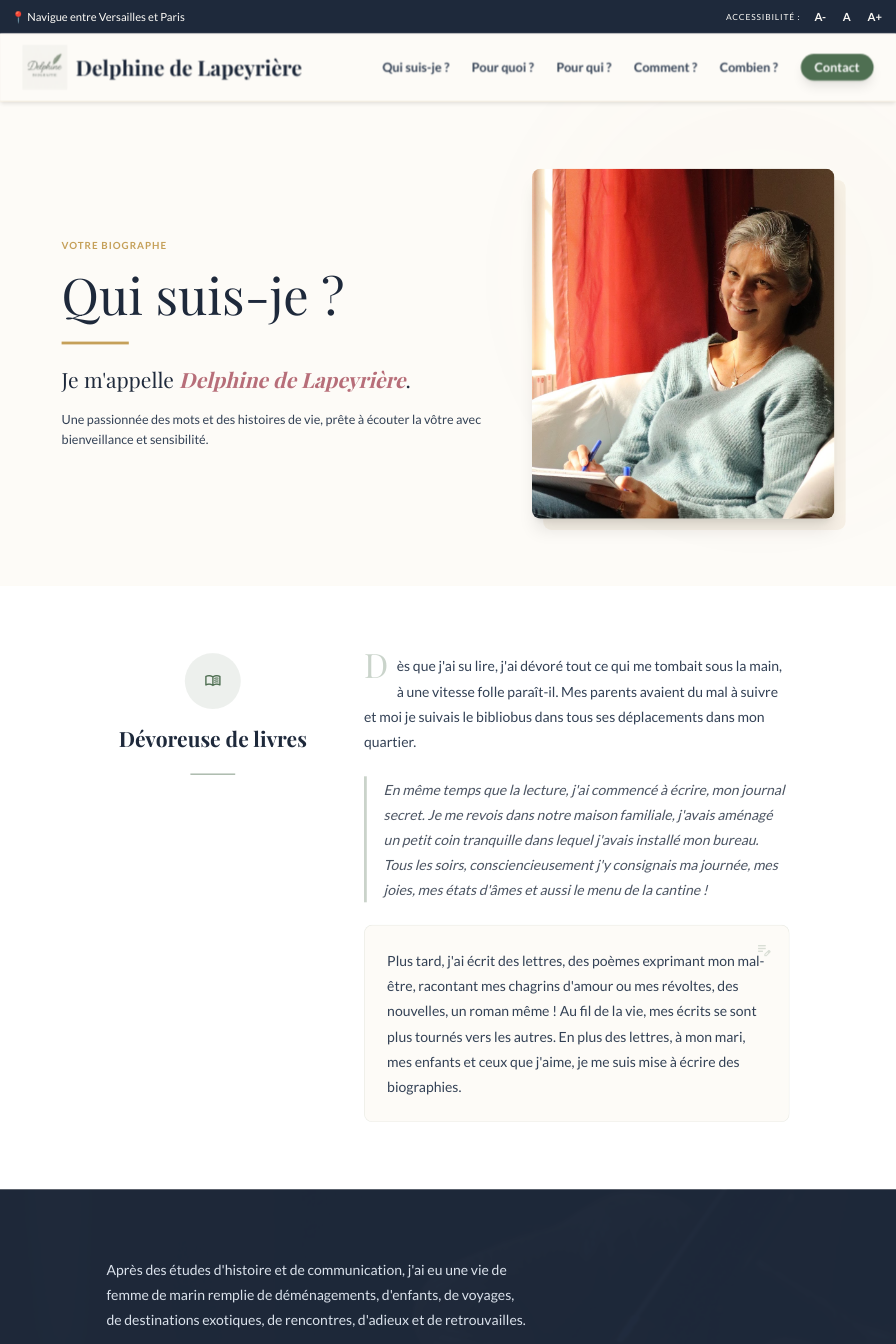
Repository: louisbdc/delphine-biographe
Page: /qui-suis-je
The author's editor kept a copy of each file at every save. The page is drawn from the files as they stood at one save, then again after the next save.
The browser window is 1280 px wide. The pictures show the part of the page from y = 0 to 1920 px (the page is 4700 px tall before and 5036 px after), at 70% of full size.
Some web fonts or font styles are not loaded; a fallback is used. The project was rebuilt for these pictures with package versions that can differ from the ones it lists, and the page was loaded fresh each time. The framework's server and built-in components were replaced by stand-ins that run in the browser. Also part of the build but not shown: next.config.js.

Above is the page before, as saved 2026-01-07 16:52:38.

### app/layout.tsx
import type { Metadata } from "next";
import "./globals.css";
import AccessibilityControls from "@/components/AccessibilityControls";
import Footer from "@/components/Footer";

export const metadata: Metadata = {
  title: "Delphine de Lapeyrière | Biographe Familiale",
  description: "Biographe familiale, j'écris le livre de votre vie",
  icons: {
    icon: "/logo.png",
  },
};

export default function RootLayout({
  children,
}: Readonly<{
  children: React.ReactNode;
}>) {
  return (
    <html lang="fr" className="scroll-smooth">
      <head>
        {/* Google Fonts: Playfair Display (Serif) & Lato (Sans) */}
        <link rel="preconnect" href="https://fonts.googleapis.com" />
        <link rel="preconnect" href="https://fonts.gstatic.com" crossOrigin="anonymous" />
        <link
          href="https://fonts.googleapis.com/css2?family=Lato:wght@400;700&family=Playfair+Display:ital,wght@0,400;0,700;1,400&display=swap"
          rel="stylesheet"
        />
        {/* Material Symbols for Icons */}
        <link
          rel="stylesheet"
          href="https://fonts.googleapis.com/css2?family=Material+Symbols+Outlined:opsz,wght,FILL,GRAD@24,400,0,0"
        />
      </head>
      <body
        className="font-sans antialiased text-navy overflow-x-hidden flex flex-col min-h-screen"
      >
        {/* Accessibility & Top Bar */}
        <div className="bg-navy text-cream py-2 px-4 flex justify-between items-center text-sm md:text-base">
          <span className="hidden md:inline">📍 Navigue entre Versailles et Paris</span>
          <AccessibilityControls />
        </div>
        <main className="flex-1">
          {children}
        </main>
        <Footer />
      </body>
    </html>
  );
}

### app/qui-suis-je/page.tsx
import Navigation from "@/components/Navigation";
import Image from "next/image";

export default function QuiSuisJe() {
  return (
    <>
      <Navigation />

      {/* Hero Section : Portrait Élégant */}
      <section className="relative py-24 bg-[#FDFBF7] overflow-hidden">
         {/* Décoration d'arrière-plan */}
         <div className="absolute top-0 right-0 w-full h-full opacity-10 pointer-events-none">
            <div className="absolute right-[-10%] top-[-10%] w-[50vw] h-[50vw] bg-gold/20 rounded-full blur-[100px]"></div>
         </div>

        <div className="container mx-auto px-6 max-w-6xl relative z-10">
          <div className="grid md:grid-cols-12 gap-12 items-center">
            {/* Colonne Texte (7 cols) */}
            <div className="md:col-span-7 order-2 md:order-1">
               <span className="text-gold font-bold tracking-widest uppercase text-sm mb-6 block fade-in">
                Votre Biographe
              </span>
              <h1 className="text-5xl md:text-7xl font-serif text-navy mb-8 leading-tight fade-in">
                Qui suis-je ?
              </h1>
              <div className="w-24 h-1 bg-gold mb-8"></div>
              <p className="text-2xl md:text-3xl font-serif text-navy mb-6 font-light">
                Je m'appelle <span className="font-bold text-old-rose italic">Delphine de Lapeyrière</span>.
              </p>
              <p className="text-lg text-navy-light leading-relaxed max-w-2xl">
                 Une passionnée des mots et des histoires de vie, prête à écouter la vôtre avec bienveillance et sensibilité.
              </p>
            </div>

            {/* Colonne Image (5 cols) - Style Album photo unifié */}
            <div className="md:col-span-5 order-1 md:order-2 relative">
              <div className="absolute inset-0 bg-gold/10 transform translate-x-4 translate-y-4 rounded-xl z-0"></div>
              <div className="relative z-10 h-[500px] w-full rounded-xl overflow-hidden shadow-xl">
                <Image
                  src="/Delphine.jpg"
                  alt="Delphine de Lapeyrière - Biographe familiale"
                  fill
                  className="object-cover object-left"
                  style={{ objectPosition: 'right 25%' }}
                  priority
                />
              </div>
            </div>
          </div>
        </div>
      </section>

      {/* Chapitre 1 : Dévoreuse de livres (Fond Blanc) */}
      <section className="py-24 bg-white">
        <div className="container mx-auto px-6 max-w-5xl">
          <div className="flex flex-col md:flex-row gap-16 items-start">

             {/* Colonne Visuelle "Chapitre" */}
             <div className="md:w-1/3 flex flex-col items-center text-center md:sticky md:top-32">
                <div className="w-20 h-20 bg-sage/10 rounded-full flex items-center justify-center mb-6 text-sage">
                    <span className="material-symbols-outlined text-4xl">menu_book</span>
                </div>
                <h2 className="text-3xl font-serif font-bold text-navy mb-4">Dévoreuse de livres</h2>
                {/* Séparateur signature */}
                <div className="w-16 h-0.5 bg-sage/50 my-4"></div>
             </div>

             {/* Colonne Récit */}
             <div className="md:w-2/3 space-y-8 text-lg text-navy-light leading-relaxed">
                <p>
                  <span className="text-5xl float-left mr-3 mt-[-8px] font-serif text-sage/30">D</span>
                  ès que j'ai su lire, j'ai dévoré tout ce qui me tombait sous la main, à une vitesse folle paraît-il. Mes parents avaient du mal à suivre et moi je suivais le bibliobus dans tous ses déplacements dans mon quartier.
                </p>

                <div className="pl-6 border-l-4 border-sage/30 italic text-navy/80 my-8">
                  <p className="mb-4">
                    En même temps que la lecture, j'ai commencé à écrire, mon journal secret. Je me revois dans notre maison familiale, j'avais aménagé un petit coin tranquille dans lequel j'avais installé mon bureau. Tous les soirs, consciencieusement j'y consignais ma journée, mes joies, mes états d'âmes et aussi le menu de la cantine !
                  </p>
                </div>

                <div className="bg-[#FDFBF7] p-8 rounded-xl border border-sage/10 relative">
                   <span className="material-symbols-outlined text-sage absolute top-6 right-6 text-2xl opacity-20">edit_note</span>
                   <p>
                     Plus tard, j'ai écrit des lettres, des poèmes exprimant mon mal-être, racontant mes chagrins d'amour ou mes révoltes, des nouvelles, un roman même ! Au fil de la vie, mes écrits se sont plus tournés vers les autres. En plus des lettres, à mon mari, mes enfants et ceux que j'aime, je me suis mise à écrire des biographies.
                   </p>
                </div>
             </div>
          </div>
        </div>
      </section>

      {/* Chapitre 2 : Femme de marin (Fond Navy Inversé pour le contraste ou Crème foncé) */}
      <section className="py-24 bg-navy text-cream relative overflow-hidden">
         <div className="absolute inset-0 opacity-5 bg-[url('/background.png')] bg-cover bg-center mix-blend-overlay"></div>

        <div className="container mx-auto px-6 max-w-5xl relative z-10">
          <div className="flex flex-col md:flex-row-reverse gap-16 items-start">

             {/* Colonne Visuelle "Chapitre" */}
             <div className="md:w-1/3 flex flex-col items-center text-center md:sticky md:top-32">
                <div className="w-20 h-20 bg-white/10 rounded-full flex items-center justify-center mb-6 text-gold border border-white/20">
                    <span className="material-symbols-outlined text-4xl">public</span>
                </div>
                <h2 className="text-3xl font-serif font-bold text-white mb-4">Femme de marin</h2>
                {/* Séparateur signature */}
                <div className="w-16 h-0.5 bg-gold/50 my-4"></div>
             </div>

             {/* Colonne Récit */}
             <div className="md:w-2/3 space-y-8 text-lg text-blue-50/90 leading-relaxed font-light">
                <p>
                  Après des études d'histoire et de communication, j'ai eu une vie de femme de marin remplie de déménagements, d'enfants, de voyages, de destinations exotiques, de rencontres, d'adieux et de retrouvailles.
                </p>

                <p className="text-xl text-white font-serif italic">
                   "J'ai le grand bonheur d'avoir un mari merveilleux, six enfants et une belle-fille en or et depuis quelques temps, un trésor de petite-fille."
                </p>

                <p>
                    Ma vie ne ressemble pas à un grand lac aux eaux calmes. Je n'ai pas suivi mon mari sur toutes les mers du globe mais j'ai vécu quelques tempêtes, de belles accalmies et de magnifiques escales. Nous avons eu la chance d'habiter à <strong className="text-gold font-normal">Tahiti</strong>, en <strong className="text-gold font-normal">Belgique</strong>, en <strong className="text-gold font-normal">Russie</strong> et en <strong className="text-gold font-normal">Afrique du Sud</strong>. J'ai été aussi tour à tour toulonnaise, parisienne, crozonnaise et havraise.
                </p>

                <div className="bg-white/5 p-8 rounded-xl border-l-2 border-gold">
                   <p>
                     Une vie trépidante au cours de laquelle il faut sans cesse se réadapter et qui laisse peu de place à la routine, encore moins à l'écriture d'un grand roman ! Cependant l'écriture ne m'a finalement jamais complètement abandonnée, j'ai toujours éprouvé le besoin de coucher des mots sur le papier et sans écrire de grands romans, ma plume m'a souvent démangée.
                   </p>
                </div>
             </div>
          </div>
        </div>
      </section>

      {/* Chapitre 3 : Plume d'un recueil unique (Fond Crème) */}
      <section className="py-24 bg-[#FDFBF7]">
        <div className="container mx-auto px-6 max-w-5xl">
          <div className="flex flex-col md:flex-row gap-16 items-start">

             {/* Colonne Visuelle "Chapitre" */}
             <div className="md:w-1/3 flex flex-col items-center text-center md:sticky md:top-32">
                <div className="w-20 h-20 bg-old-rose/10 rounded-full flex items-center justify-center mb-6 text-old-rose">
                    <span className="material-symbols-outlined text-4xl">history_edu</span>
                </div>
                <h2 className="text-3xl font-serif font-bold text-navy mb-4 leading-tight">
                  Plume d'un recueil unique<br/>
                  <span className="text-lg font-sans font-normal text-navy-light block mt-2">pour des personnes uniques</span>
                </h2>
                {/* Séparateur signature */}
                <div className="w-16 h-0.5 bg-old-rose/50 my-4"></div>
             </div>

             {/* Colonne Récit */}
             <div className="md:w-2/3 space-y-8 text-lg text-navy-light leading-relaxed">
                <p>
                  Quand j'y repense, cette aventure a même démarré lorsque j'avais une dizaine d'années, à la mort de mon arrière-grand-mère. Mon arrière-grand-père nous avait demandé d'écrire les souvenirs que nous avions d'elle. J'avais aimé cet exercice et il m'avait marquée.
                </p>
                <p>
                   Quelques années après, à la mort de mes grands-parents cette fois-ci, j'ai voulu leur dédier un recueil, pour garder une trace de leur vie si riche, pour transmettre à mes enfants ce passé qui nous avait construits et qui nous permettait de regarder l'avenir en étant fiers de nos racines.
                </p>

                <div className="flex gap-4 bg-white p-6 rounded-xl shadow-sm border-l-4 border-old-rose">
                    <span className="material-symbols-outlined text-old-rose text-3xl flex-shrink-0">sentiment_dissatisfied</span>
                    <p className="italic text-navy">
                      Mon seul regret est de ne pas les avoir questionnés plus sur certains événements, certaines décisions qu'ils avaient pu prendre. Ils n'étaient plus là pour me répondre…
                    </p>
                </div>

                {/* Bloc Formation / Crédibilité */}
                <div className="mt-12 pt-12 border-t border-gray-200">
                    <div className="flex flex-col md:flex-row gap-6 items-center bg-sage/5 p-8 rounded-2xl border border-sage/10">
                        <div className="bg-white p-4 rounded-full shadow-sm text-sage">
                             <span className="material-symbols-outlined text-4xl">school</span>
                        </div>
                        <div>
                            <h3 className="font-serif font-bold text-navy text-xl mb-2">Une formation reconnue</h3>
                            <p className="text-base">
                                Avant de me lancer et de proposer mes services à un cercle plus élargi que la famille, j'ai suivi la formation « devenir biographe » d'<strong>Anne-Sylvie Pinel</strong>. Biographe renommée depuis de nombreuses années, sa formation est de grande qualité. J'y ai appris une méthodologie, les différentes manières de conduire un entretien, toutes les facettes de ce métier si passionnant !
                            </p>
                        </div>
                    </div>
                </div>
             </div>
          </div>
        </div>
      </section>

      {/* CTA Final */}
      <section className="py-24 bg-white text-center relative">
        <div className="container mx-auto px-6 max-w-3xl relative z-10">
          <div className="inline-block p-4 rounded-full bg-gold/10 text-gold mb-6">
             <span className="material-symbols-outlined text-4xl">edit_square</span>
          </div>
          <h2 className="text-4xl font-serif font-bold text-navy mb-6">
            Prêt à écrire votre histoire ensemble ?
          </h2>
          <p className="text-xl text-navy-light mb-10 leading-relaxed">
            Avec mon expérience de vie et ma formation, je suis là pour vous accompagner dans cette belle aventure qu'est l'écriture de votre biographie.
          </p>
          <a
            href="/contact"
            className="inline-block bg-gold text-navy text-xl font-bold py-4 px-10 rounded-full hover:bg-navy hover:text-white transition-all duration-300 shadow-xl hover:shadow-gold/20"
          >
            Me contacter
          </a>
        </div>
      </section>
    </>
  );
}

### app/globals.css
@tailwind base;
@tailwind components;
@tailwind utilities;

body {
  background-color: #FDFBF7;
  color: #1E293B;
  /* High contrast text */
}

/* Smooth fade-in animation */
.fade-in {
  animation: fadeIn 1.2s ease-in-out;
}

@keyframes fadeIn {
  from { opacity: 0; transform: translateY(10px); }
  to { opacity: 1; transform: translateY(0); }
}

/* Focus states for accessibility */
a:focus, button:focus {
  outline: 3px solid #C5A059;
  outline-offset: 2px;
}

/* Typography overrides for specific senior readability */
p {
  line-height: 1.8;
  font-size: 1.25rem; /* ~20px for excellent readability */
}

### components/Navigation.tsx
export default function Navigation() {
  return (
    <nav className="sticky top-0 z-50 bg-cream/95 backdrop-blur-sm shadow-md border-b border-gold/20">
      <div className="container mx-auto px-4 md:px-8 py-4 flex flex-col md:flex-row justify-between items-center">
        {/* Logo */}
        <a
          href="/"
          className="mb-4 md:mb-0 hover:opacity-80 transition-opacity flex items-center gap-3"
        >
          <img
            src="/logo.png"
            alt="Delphine de Lapeyrière - Biographe"
            className="h-12 md:h-16 w-auto"
          />
          <span className="text-2xl md:text-3xl font-serif font-bold text-navy">
            Delphine de Lapeyrière
          </span>
        </a>

        {/* Menu items */}
        <ul className="flex flex-wrap justify-center gap-4 md:gap-8 text-lg font-semibold text-navy-light">
          <li>
            <a
              href="/qui-suis-je"
              className="hover:text-old-rose transition-colors decoration-gold underline-offset-4 hover:underline"
            >
              Qui suis-je ?
            </a>
          </li>
          <li>
            <a
              href="/pour-quoi-faire"
              className="hover:text-old-rose transition-colors decoration-gold underline-offset-4 hover:underline"
            >
              Pour quoi ?
            </a>
          </li>
          <li>
            <a
              href="/pour-qui"
              className="hover:text-old-rose transition-colors decoration-gold underline-offset-4 hover:underline"
            >
              Pour qui ?
            </a>
          </li>
          <li>
            <a
              href="/comment"
              className="hover:text-old-rose transition-colors decoration-gold underline-offset-4 hover:underline"
            >
              Comment ?
            </a>
          </li>
          <li>
            <a
              href="/combien"
              className="hover:text-old-rose transition-colors decoration-gold underline-offset-4 hover:underline"
            >
              Combien ?
            </a>
          </li>
          <li>
            <a
              href="/contact"
              className="px-5 py-2 bg-sage text-white rounded-full hover:bg-green-800 transition-colors shadow-lg transform hover:-translate-y-0.5"
            >
              Contact
            </a>
          </li>
        </ul>
      </div>
    </nav>
  );
}

### tailwind.config.ts
import type { Config } from "tailwindcss";

const config: Config = {
  content: [
    "./pages/**/*.{js,ts,jsx,tsx,mdx}",
    "./components/**/*.{js,ts,jsx,tsx,mdx}",
    "./app/**/*.{js,ts,jsx,tsx,mdx}",
  ],
  theme: {
    extend: {
      colors: {
        'cream': '#FDFBF7',
        'cream-dark': '#F5F2EB',
        'navy': '#1E293B',
        'navy-light': '#334155',
        'sage': '#4F6F52',
        'gold': '#C5A059',
        'old-rose': '#B76E79',
      },
      fontFamily: {
        serif: ['"Playfair Display"', 'serif'],
        sans: ['"Lato"', 'sans-serif'],
      },
      fontSize: {
        'base-lg': '1.125rem', /* 18px minimum for body */
      }
    },
  },
  plugins: [],
};
export default config;

Loaded but not shown: components/Footer.tsx (120 lines, source omitted); components/AccessibilityControls.tsx (92 lines, source omitted)

After the next save:
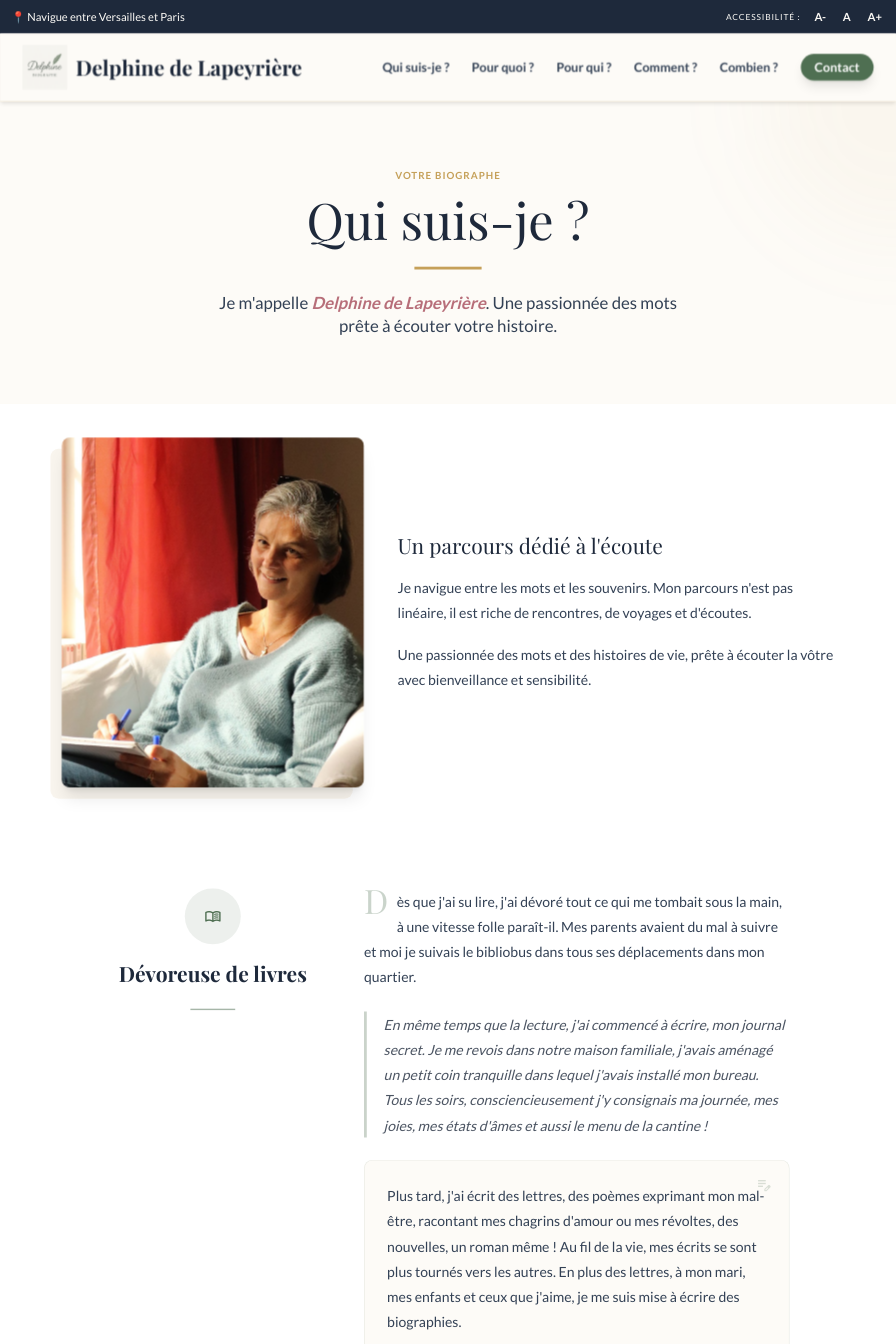
Saved 3 min 32 s later.
--- a/app/qui-suis-je/page.tsx
+++ b/app/qui-suis-je/page.tsx
@@ -6,47 +6,56 @@ export default function QuiSuisJe() {
     <>
       <Navigation />
 
-      {/* Hero Section : Portrait Élégant */}
+      {/* 1. HERO STANDARDISÉ (Texte centré uniquement) */}
       <section className="relative py-24 bg-[#FDFBF7] overflow-hidden">
-         {/* Décoration d'arrière-plan */}
-         <div className="absolute top-0 right-0 w-full h-full opacity-10 pointer-events-none">
-            <div className="absolute right-[-10%] top-[-10%] w-[50vw] h-[50vw] bg-gold/20 rounded-full blur-[100px]"></div>
-         </div>
-
-        <div className="container mx-auto px-6 max-w-6xl relative z-10">
-          <div className="grid md:grid-cols-12 gap-12 items-center">
-            {/* Colonne Texte (7 cols) */}
-            <div className="md:col-span-7 order-2 md:order-1">
-               <span className="text-gold font-bold tracking-widest uppercase text-sm mb-6 block fade-in">
-                Votre Biographe
-              </span>
-              <h1 className="text-5xl md:text-7xl font-serif text-navy mb-8 leading-tight fade-in">
-                Qui suis-je ?
-              </h1>
-              <div className="w-24 h-1 bg-gold mb-8"></div>
-              <p className="text-2xl md:text-3xl font-serif text-navy mb-6 font-light">
-                Je m'appelle <span className="font-bold text-old-rose italic">Delphine de Lapeyrière</span>.
-              </p>
-              <p className="text-lg text-navy-light leading-relaxed max-w-2xl">
-                 Une passionnée des mots et des histoires de vie, prête à écouter la vôtre avec bienveillance et sensibilité.
-              </p>
-            </div>
-
-            {/* Colonne Image (5 cols) - Style Album photo unifié */}
-            <div className="md:col-span-5 order-1 md:order-2 relative">
-              <div className="absolute inset-0 bg-gold/10 transform translate-x-4 translate-y-4 rounded-xl z-0"></div>
-              <div className="relative z-10 h-[500px] w-full rounded-xl overflow-hidden shadow-xl">
+         <div className="absolute top-0 right-0 w-96 h-96 bg-gold/5 rounded-full blur-3xl translate-x-1/2 -translate-y-1/2"></div>
+
+        <div className="container mx-auto px-6 max-w-4xl text-center relative z-10">
+          <span className="text-gold font-bold tracking-widest uppercase text-sm mb-4 block fade-in">
+            Votre Biographe
+          </span>
+          <h1 className="text-5xl md:text-7xl font-serif text-navy mb-8 leading-tight fade-in">
+            Qui suis-je ?
+          </h1>
+          <div className="w-24 h-1 bg-gold mx-auto mb-8"></div>
+          {/* Introduction légère centrée */}
+          <p className="text-xl md:text-2xl text-navy-light max-w-2xl mx-auto font-light leading-relaxed">
+             Je m'appelle <span className="font-bold text-old-rose italic">Delphine de Lapeyrière</span>. Une passionnée des mots prête à écouter votre histoire.
+          </p>
+        </div>
+      </section>
+
+      {/* 2. LA PRÉSENTATION (L'image arrive ici, style "Album Photo") */}
+      <section className="py-12 bg-white">
+        <div className="container mx-auto px-6 max-w-6xl">
+           <div className="grid md:grid-cols-12 gap-12 items-center">
+
+            {/* Image à gauche pour changer du texte centré du haut */}
+            <div className="md:col-span-5 relative">
+               <div className="absolute inset-0 bg-gold/10 transform -translate-x-4 translate-y-4 rounded-xl z-0"></div>
+               <div className="relative z-10 h-[500px] w-full rounded-xl overflow-hidden shadow-xl">
                 <Image
                   src="/Delphine.jpg"
-                  alt="Delphine de Lapeyrière - Biographe familiale"
+                  alt="Delphine de Lapeyrière"
                   fill
                   className="object-cover object-left"
                   style={{ objectPosition: 'right 25%' }}
-                  priority
                 />
-              </div>
+               </div>
             </div>
-          </div>
+
+            {/* Texte de présentation principal */}
+            <div className="md:col-span-7 space-y-6 text-lg text-navy-light leading-relaxed">
+               <h2 className="text-3xl font-serif text-navy mb-6">Un parcours dédié à l'écoute</h2>
+               <p>
+                 Je navigue entre les mots et les souvenirs. Mon parcours n'est pas linéaire, il est riche de rencontres, de voyages et d'écoutes.
+               </p>
+               <p>
+                 Une passionnée des mots et des histoires de vie, prête à écouter la vôtre avec bienveillance et sensibilité.
+               </p>
+            </div>
+
+           </div>
         </div>
       </section>
 
